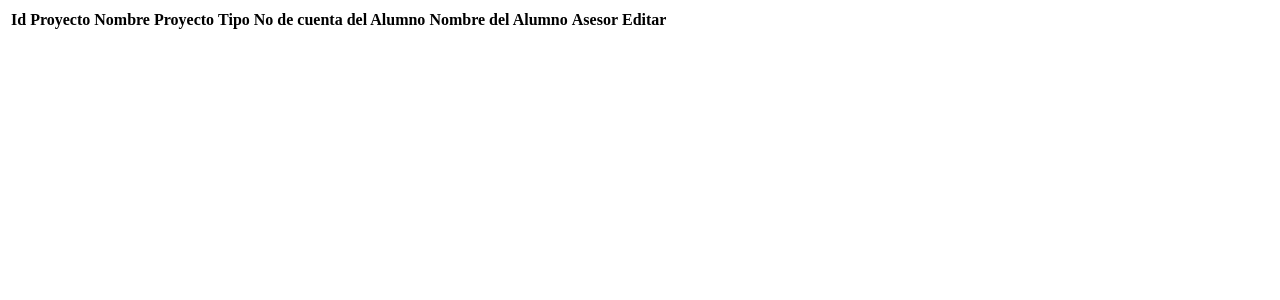
Repository: luisdj01/proyecto-intgegrador
Page: http://localhost/php/mostrarTrabajosTodos.php
The author's editor kept a copy of each file at every save. The page is drawn from the files as they stood at one save, then again after a run of saves.
The browser window is 1280 px wide. The pictures show the whole page.
The page is run by PHP 8.4 with error messages shown; the project is at /var/www/html/. Queries for data that is not in the repository find no rows.

Above is the page before, as saved 2022-11-08 21:17:22.
Console error: ReferenceError: $ is not defined

After the next 2 saves:
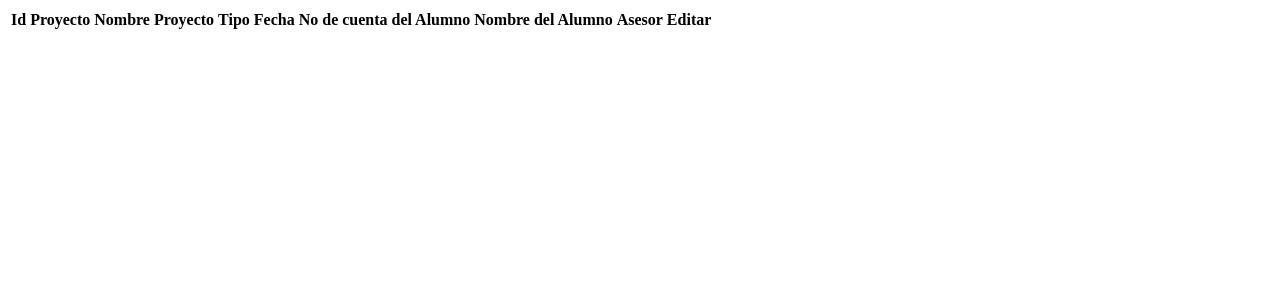
The 2 saves are shown as one change because they came seconds apart.
The last was saved 6 s later.
--- a/tessfp/php/mostrarTrabajosTodos.php
+++ b/tessfp/php/mostrarTrabajosTodos.php
@@ -18,7 +18,7 @@
     });
 </script>
 <?php
-echo "<table id='tablaTrabajos'><thead><th>Id Proyecto</th><th>Nombre Proyecto</th><th>Tipo</th>
+echo "<table id='tablaTrabajos'><thead><th>Id Proyecto</th><th>Nombre Proyecto</th><th>Tipo</th><th>Fecha</th>
 <th>No de cuenta del Alumno</th><th>Nombre del Alumno</th><th>Asesor</th><th>Editar</th></thead>";
 while($fila=$ejecutarConsulta->fetch_array()){
     //mostrar cada fila del array
